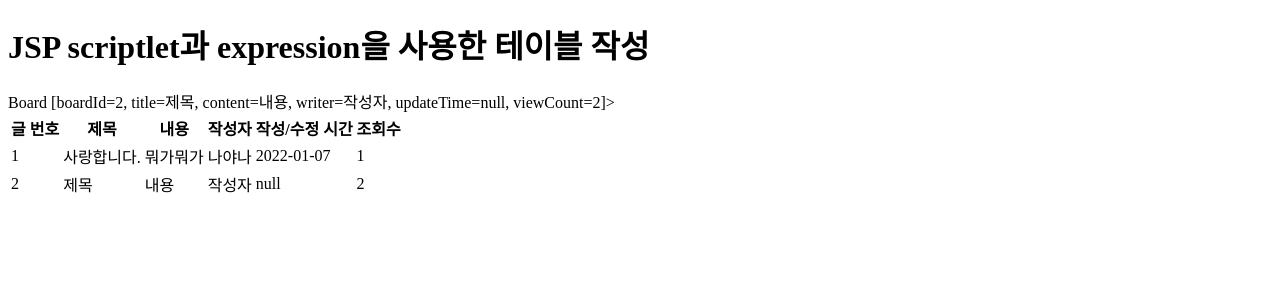
Repository: ljh5973/labweb
Page: http://localhost/JSP02/04_table.jsp
An editor plug-in stored every save of this project. The page is shown before and after the next save, followed by the edit.
The browser window is 1280 px wide. The pictures show the whole page.
The page is served by Tomcat 9. Other server files are loaded and not shown.

Above is the page before, as saved 2022-01-07 06:59:39.

### JSP02/webapp/04_table.jsp
<%@page import="java.sql.Date"%>
<%@page import="java.text.SimpleDateFormat"%>
<%@page import="java.util.ArrayList"%>
<%@page import="edu.web.model.Board"%>
<%@ page language="java" contentType="text/html; charset=UTF-8"
    pageEncoding="UTF-8"%>
<%@ page trimDirectiveWhitespaces="true"%>
<!DOCTYPE html>
<html>
	<head>
		<meta charset="UTF-8">
		<title>Insert title here</title>
	</head>
	<body>


	<h1>JSP scriptlet과 expression을 사용한 테이블 작성</h1>

	<%--
		Model 클래스 : Board
			boardId: 글 번호 (int)
			title: 제목		(String)
			content: 내용		(String)
			writer: 작성자	(String)
			updateTime: 작성/수정 시간 (date)
			viewCount: 조회수(int)


		Board를 저장하는 ArraytList를 선언, 생성.
		ArrayList에 더미 데이터를 저장.
	 --%>
	 <% Board board=new Board();
	 	ArrayList<Board> list=new ArrayList<>();
	 	SimpleDateFormat f= new SimpleDateFormat("yyyy-MM-dd HH:mm:ss");

	 	long now=System.currentTimeMillis();
	 	Date time= new Date(now);


	 	Board test=new Board(2,"제목", "내용", "작성자", null, 2);
	 	list.add(new Board(1,"사랑합니다.", "뭐가뭐가", "나야나",time, 1));
	 	list.add(test);
	 %>
	 <%=test %>>
	 <table>
	 	<thead>
	 		<tr>
	 			<th>글 번호</th>
	 			<th>제목 </th>
	 			<th>내용</th>
	 			<th>작성자</th>
	 			<th>작성/수정 시간</th>
	 			<th>조회수</th>
	 		</tr>
	 	</thead>
	 	<tbody>
	 		<%for (Board b: list){%>
	 			<tr>
	 				<td><%=b.getBoardId() %></td>
	 				<td><%=b.getTitle()%></td>
	 				<td><%=b.getContent() %></td>
	 				<td><%=b.getWriter()%></td>
	 				<td><%=b.getUpdateTime() %></td>
	 				<td><%=b.getViewCount()%></td>
	 			</tr>
	 		<% }%>
	 	</tbody>
	 </table>
	</body>
</html>

### JSP02/src/edu/web/model/Board.java
package edu.web.model;

import java.sql.Date;

public class Board {

	private int boardId;
	private String title;
	private String content;
	private String writer;
	private Date updateTime;
	private int viewCount;

	public Board() {
		// TODO Auto-generated constructor stub
	}

	public Board(int boardId, String title, String content, String writer, Date updateTime, int viewCount) {
		this.boardId = boardId;
		this.title = title;
		this.content = content;
		this.writer = writer;
		this.updateTime = updateTime;
		this.viewCount = viewCount;
	}

	public int getBoardId() {
		return boardId;
	}

	public void setBoardId(int boardId) {
		this.boardId = boardId;
	}

	public String getTitle() {
		return title;
	}

	public void setTitle(String title) {
		this.title = title;
	}

	public String getContent() {
		return content;
	}

	public void setContent(String content) {
		this.content = content;
	}

	public String getWriter() {
		return writer;
	}

	public void setWriter(String writer) {
		this.writer = writer;
	}

	public Date getUpdateTime() {
		return updateTime;
	}

	public void setUpdateTime(Date updateTime) {
		this.updateTime = updateTime;
	}

	public int getViewCount() {
		return viewCount;
	}

	public void setViewCount(int viewCount) {
		this.viewCount = viewCount;
	}

	@Override
	public String toString() {
		return "Board [boardId=" + boardId + ", title=" + title + ", content=" + content + ", writer=" + writer
				+ ", updateTime=" + updateTime + ", viewCount=" + viewCount + "]";
	}





}

After the next save:
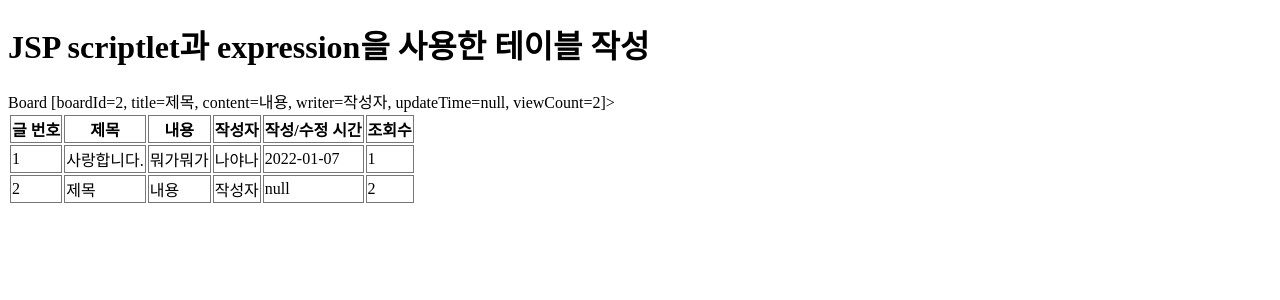
Saved 81 s later.
--- a/JSP02/webapp/04_table.jsp
+++ b/JSP02/webapp/04_table.jsp
@@ -10,6 +10,11 @@
 	<head>
 		<meta charset="UTF-8">
 		<title>Insert title here</title>
+
+		<style >
+			th, td{
+			border: 1px solid #777}
+		</style>
 	</head>
 	<body>
 
